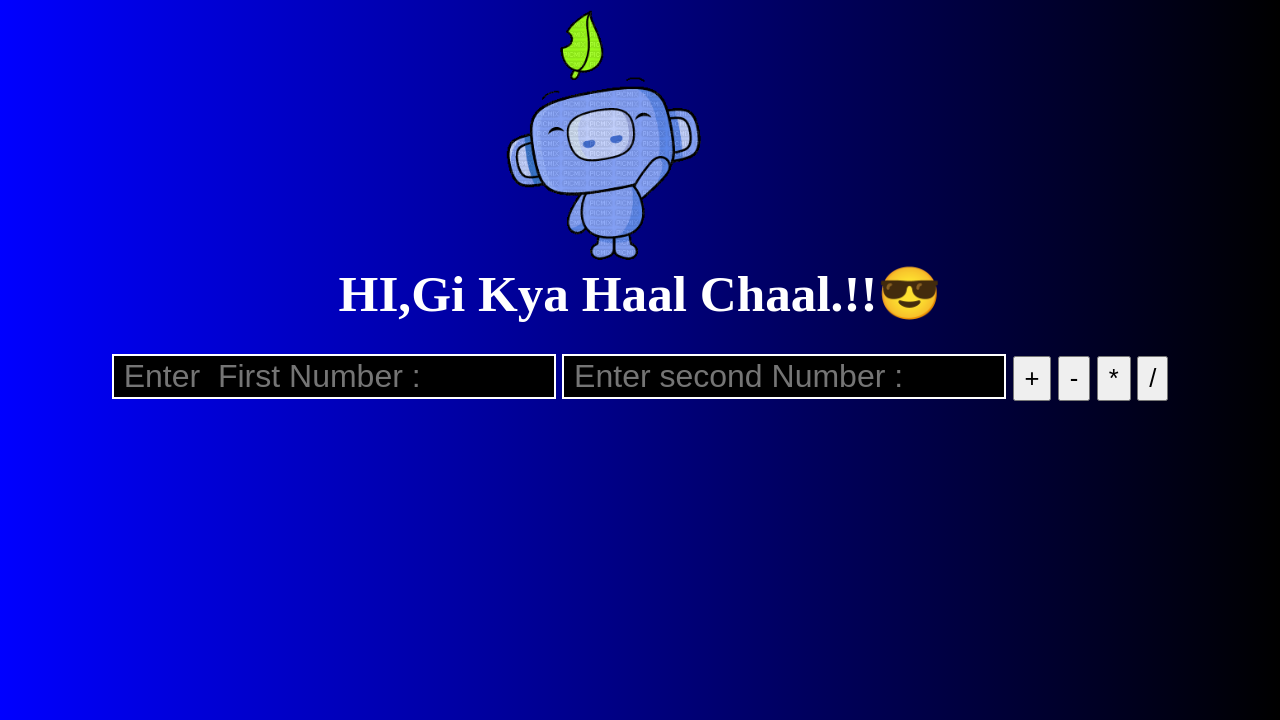
Repository: Deepak-Mane1902/simple-Calculator-using-JSP-Servlet
Page: http://localhost/webProject/NewFile.jsp
An editor plug-in stored every save of this project. The page is shown before and after the next save, followed by the edit.
The browser window is 1280 px wide. The pictures show the whole page.
The page is served by Tomcat 9. Other server files are loaded and not shown.

Above is the page before, as saved 2024-12-15 08:30:11.

### webProject/src/main/webapp/NewFile.jsp
<%@ page language="java" contentType="text/html; charset=UTF-8"
    pageEncoding="UTF-8"%>
<!DOCTYPE html>
<html>
<head>
<meta charset="UTF-8">
<title>Insert title here</title>
<link rel="stylesheet" href="style.css" >
</head>
<body>
<main>
<img src="images/gip.gif" />
<h1>HI,Gi Kya Haal Chaal.!!😎</h1><br>
<form action="myServlet" method="post">
<input name="firstNum" type="number" placeholder="Enter  First Number : " required/>
<input name="secondNum"  placeholder="Enter second Number : " required/>
<button name="btn1" value="1">+</button>
<button name="btn1" value="2">-</button>
<button name="btn1" value="3">*</button>
<button name="btn1" value="4">/</button>

</form>
</main>
</body>
</html>

### webProject/src/main/webapp/style.css
*{
	margin:0;
	padding:0;
	font-size:2vw;
}
html,body{
	width:100%;
	height:100%;
		background:linear-gradient(to right, blue,black);
}
main{
	display:grid;
	justify-content:center;
	align-items:center;
	text-align:center;
	color:#fff;

}
img{
	position:relative;
	top:0px;
	left:35%;
	width:25%;
	transition: 0.3s;
}
img:hover{
		width:26%;
		cursor:pointer;
}
h1{
	font-size:4vw;
}
input{
	font-size:2.5vw;
	padding:2px 10px;
	border:2px solid white;
	background-color:black;
	color:white;
}
button{
	text-align:center;
	padding: 6px 10px;
}

After the next save:
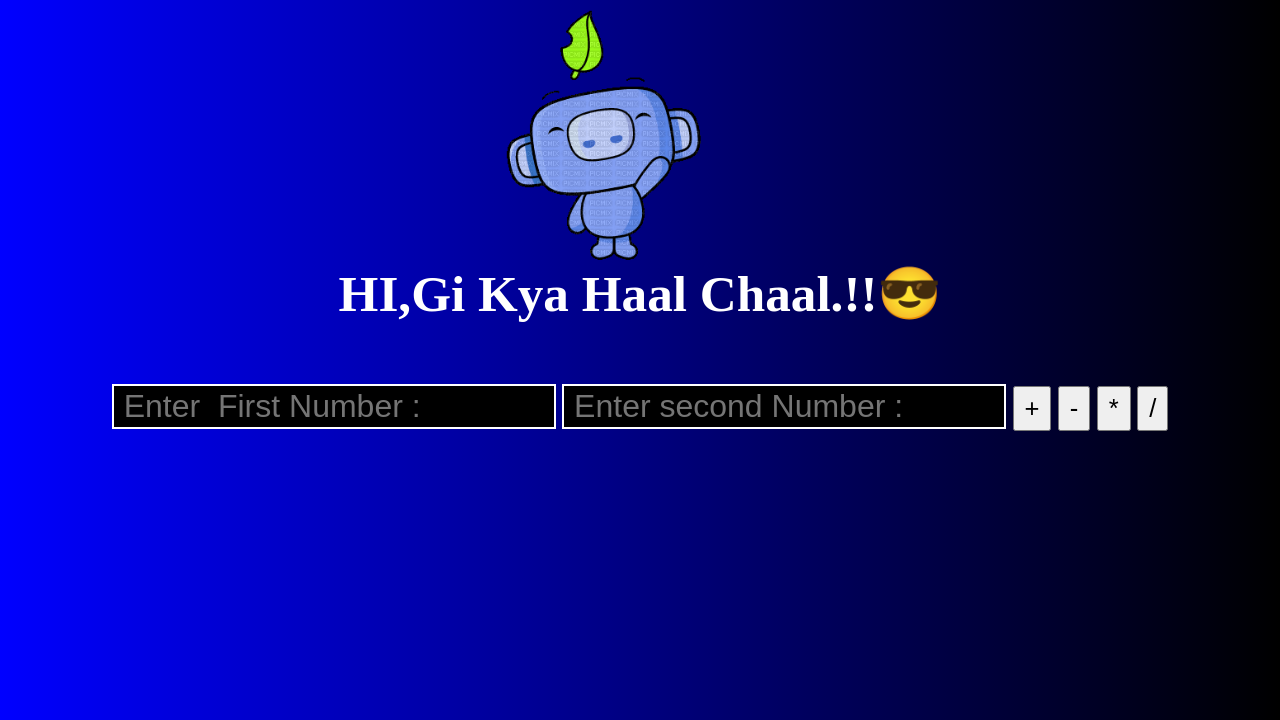
Saved 17 s later.
--- a/webProject/src/main/webapp/NewFile.jsp
+++ b/webProject/src/main/webapp/NewFile.jsp
@@ -10,7 +10,7 @@
 <body>
 <main>
 <img src="images/gip.gif" />
-<h1>HI,Gi Kya Haal Chaal.!!😎</h1><br>
+<h1>HI,Gi Kya Haal Chaal.!!😎</h1><br><br>
 <form action="myServlet" method="post">
 <input name="firstNum" type="number" placeholder="Enter  First Number : " required/>
 <input name="secondNum"  placeholder="Enter second Number : " required/>
